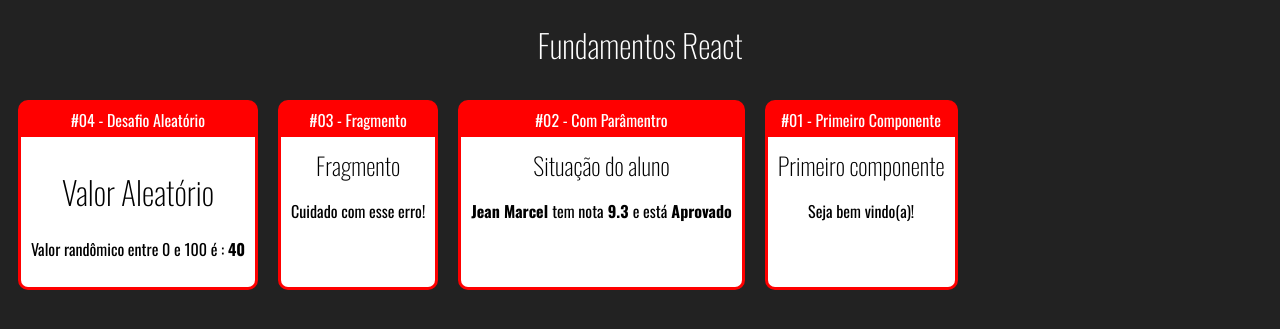
Repository: jean-siqueira/fundamentos-react
Page: /
These files come from the project's save history. The page is drawn as it stood at one moment and after the next save; the edit follows.
The browser window is 1280 px wide. The pictures show the whole page.
The project was rebuilt for these pictures with package versions that can differ from the ones it lists, and the page was loaded fresh each time.

Above is the page before, as saved 2023-03-04 12:22:06.

After the next save:
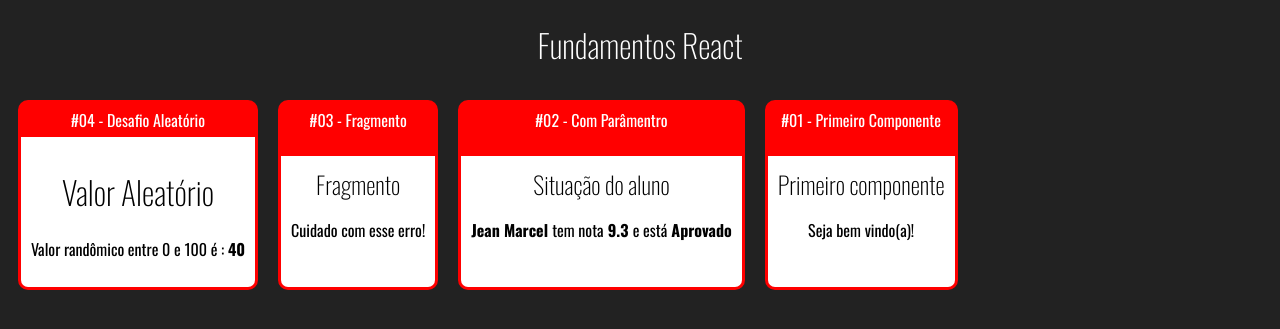
Saved 12 s later.
--- a/src/components/layout/Card.css
+++ b/src/components/layout/Card.css
@@ -10,6 +10,7 @@
 }
 
 .Card .Title {
+    flex-grow: 1;
     padding: 5px 0px;
     display: flex;
     justify-content: center;
